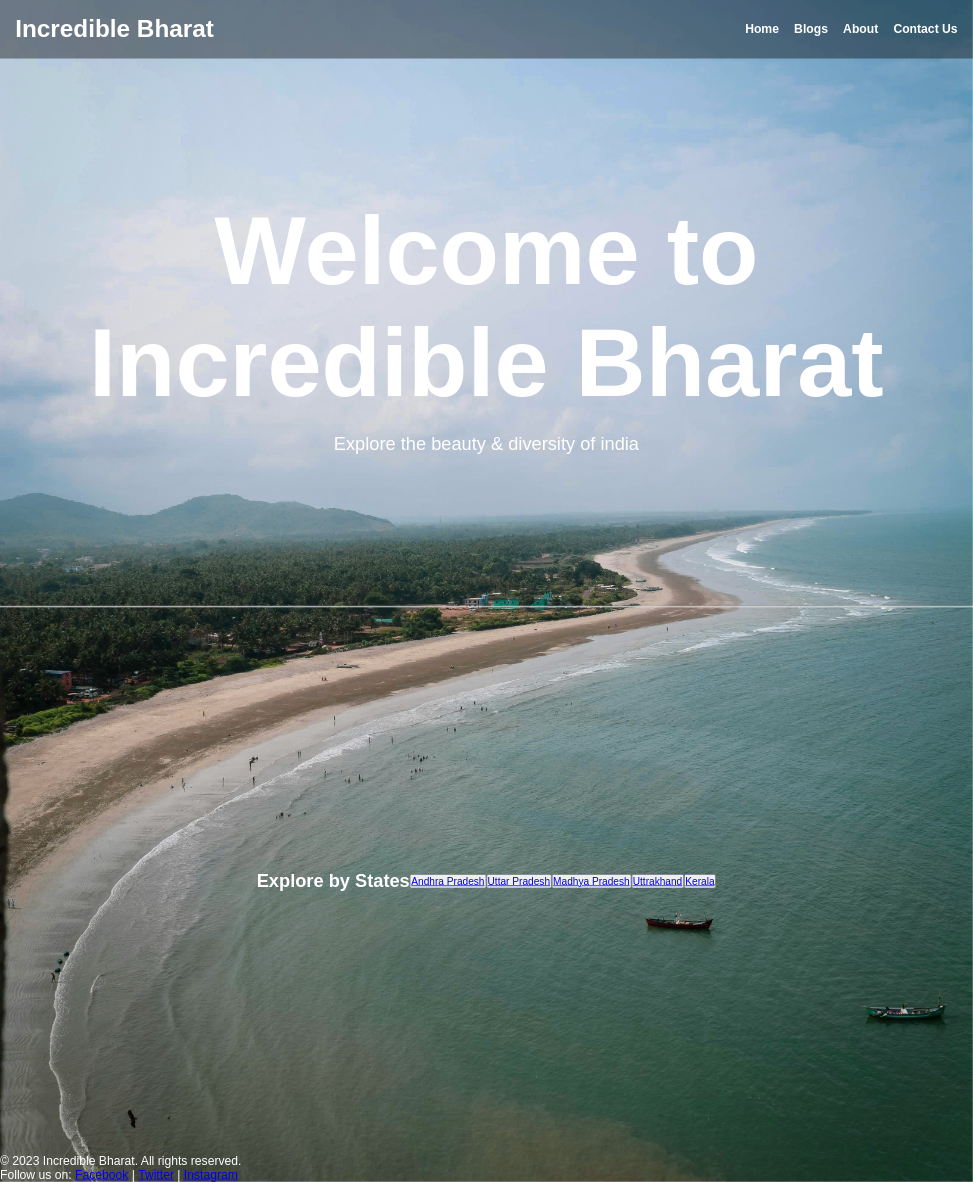
Repository: jaidhiman111/incrediblebharat
Page: index.html
An editor plug-in stored every save of this project. The page is shown before and after the next save, followed by the edit.
The browser window is 1280 px wide. The pictures show the whole page, at 76% of full size.

Above is the page before, as saved 2025-04-30 22:10:28.

### index.html
<!DOCTYPE html>
<html lang="en">
<head>
    <meta charset="UTF-8">
    <link rel="stylesheet" href="/assets/style.css">
    <meta name="viewport" content="width=device-width, initial-scale=1.0">
    <title>Document</title>
</head>
<body>
    <!-- This is the header of the page. -->
    <header class="header">
        <div class="logo">
            <h1>Incredible Bharat</h1>
        </div>
        <div class="nav">
            <nav>
                <ul>
                    <li>
                        <a href="#">Home</a>
                        <a href="#">Blogs</a>
                        <a href="#">About</a>
                        <a href="#">Contact Us</a>
                    </li>
                </ul>
            </nav>
        </div>
    </header>
    <!-- This is the main content of the page. -->
     <main class="main-container">
        <section class="hero-section">
            <h2>Welcome to Incredible Bharat</h2>
            <a href="#">Explore the beauty & diversity of india</a>
        </section>
        <hr>
        <section class="state-section">
            <h2>Explore by States</h2>
            <button type="button"><a href="#">Andhra Pradesh</a></button>
            <button type="button"><a href="#">Uttar Pradesh</a></button>
            <button type="button"><a href="#">Madhya Pradesh</a></button>
            <button type="button"><a href="#">Uttrakhand</a></button>
            <button type="button"><a href="#">Kerala</a></button>
        </section>
     </main>
     <!-- This is the footer of the page. -->
      <footer class="footer">
        <div>
            <p>&copy; 2023 Incredible Bharat. All rights reserved.</p>
            <p>Follow us on:
                <a href="#">Facebook</a> |
                <a href="#">Twitter</a> |
                <a href="#">Instagram</a>
        </div>
      </footer>
</body>
</html>

### assets/style.css
* {
    box-sizing: border-box;
    margin: 0;
    padding: 0;
}

body {
    font-family: Arial, sans-serif;
    background-image: url('/media/bg-cover.jpg');
    background-size: cover;
    background-repeat: no-repeat;
    background-position: center;
    color: #fff;
}

/* This is for header */
.header {
    background-color: rgba(0, 0, 0, 0.4);
    display: flex;
    justify-content: space-between;
    align-items: center;
    padding: 20px;
    position: sticky;
    top: 0;
    text-align: center;
}

li {
    list-style: none;
    display: flex;
    gap: 20px;
}

li a {
    text-decoration: none;
    color: #fff;
    font-weight: bold;
}

a:hover {
    color: #ff6347;
}

/* This is for section */
.hero-section {
    display: flex;
    flex-direction: column;    /* stack items vertically */
    justify-content: center;   /* center vertically */
    align-items: center;       /* center horizontally */
    height: 100vh;
    text-align: center;
}

.hero-section h2 {
    font-size: 8rem;
    margin-bottom: 20px;
}

.hero-section a {
    text-decoration: none;
    color: #fff;
    font-size: 1.5rem;
    margin-bottom: 20px;
}

.hero-section a:hover {
    color: #fff;
    text-decoration: underline;
    transform: scale(1.1);
    transition: transform 0.3s ease-in-out;
}

.state-section {
    display: flex;
    justify-content: center;
    align-items: center;
    height: 100vh;
    text-align: center;
}

After the next save:
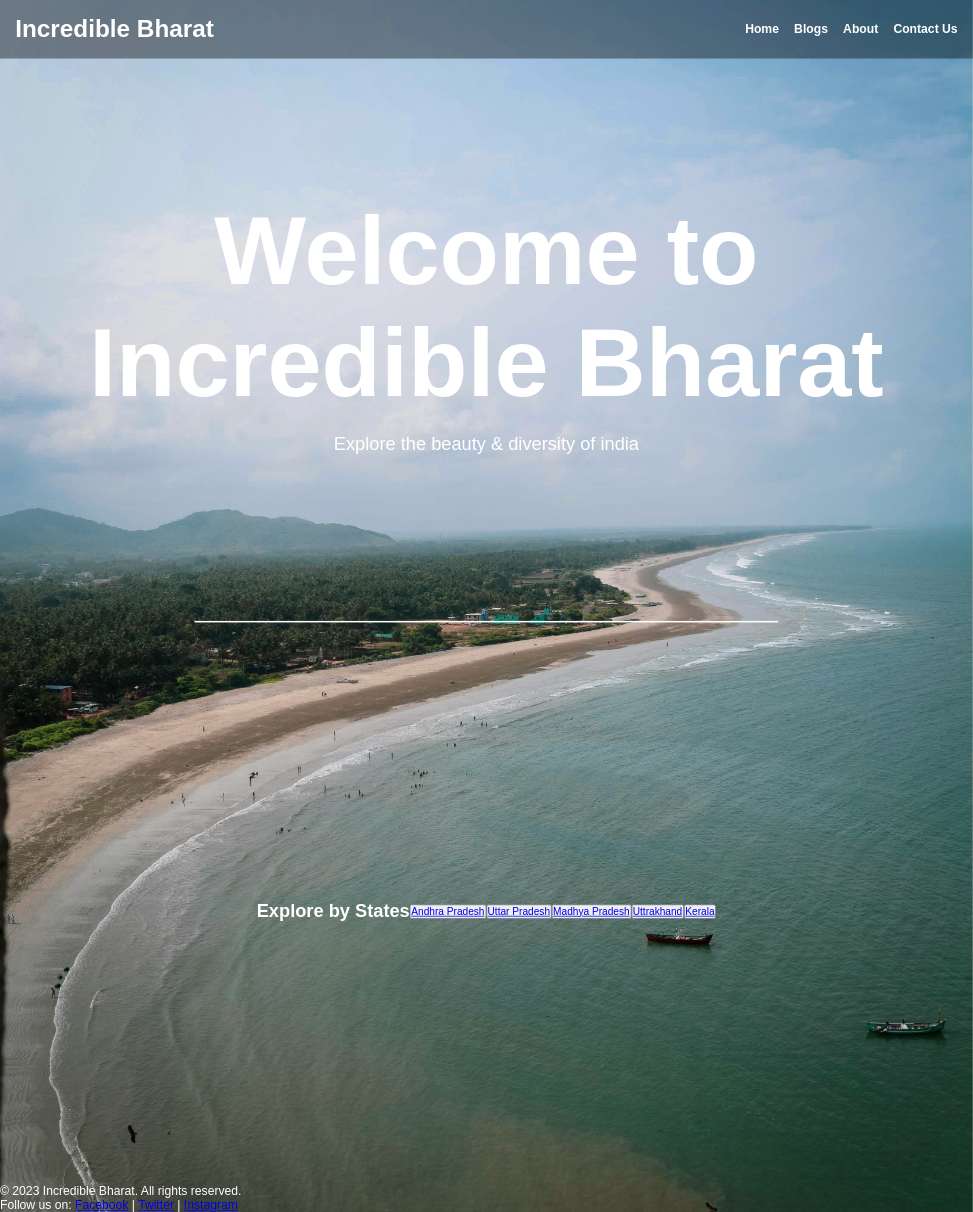
Saved 65 s later.
--- a/assets/style.css
+++ b/assets/style.css
@@ -70,6 +70,12 @@ a:hover {
     transition: transform 0.3s ease-in-out;
 }
 
+hr {
+    width: 60%;
+    margin: 20px auto;
+    border: 1px solid #fff;
+}
+
 .state-section {
     display: flex;
     justify-content: center;
